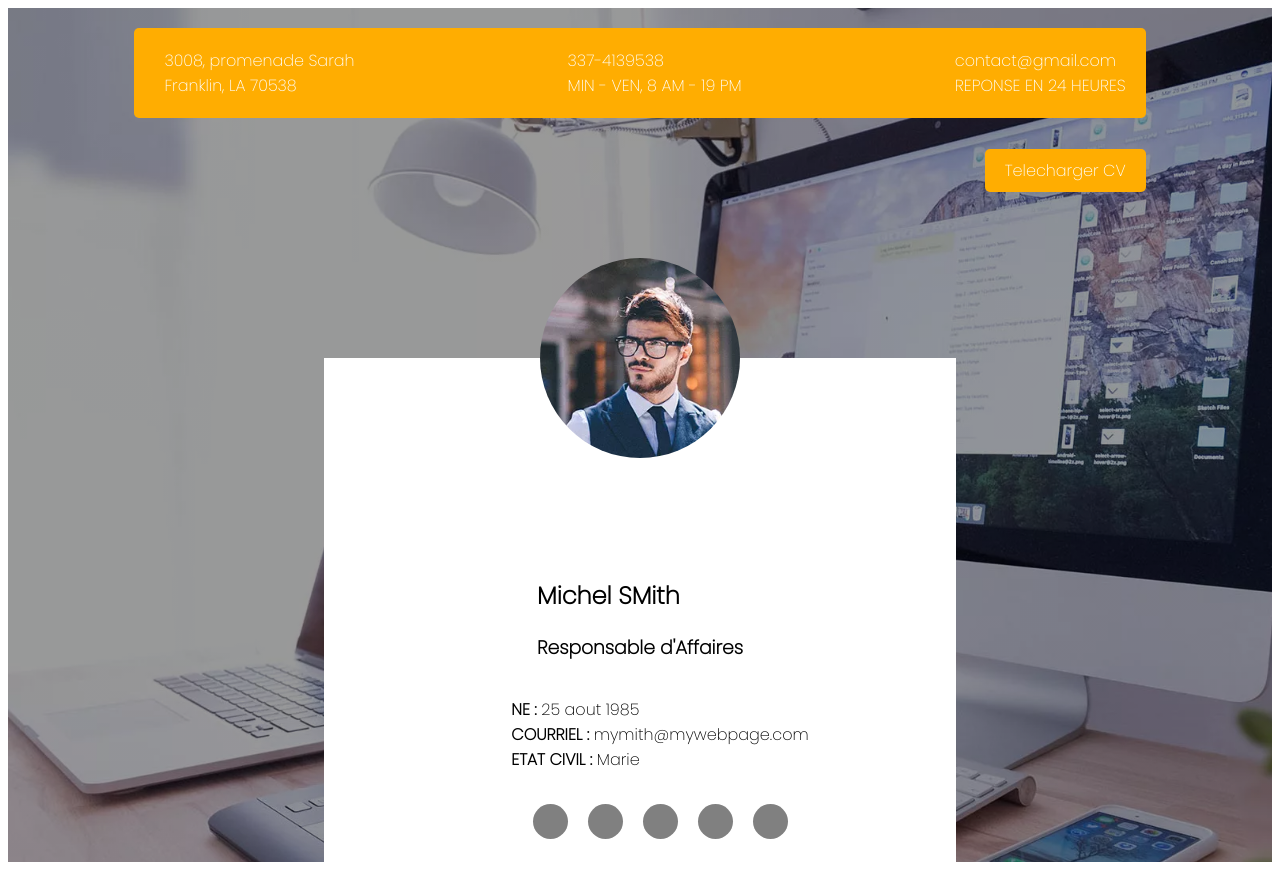
Repository: wadelfadill/CV_PORTFOLIO
Page: index.html
An editor plug-in stored every save of this project. The page is shown before and after the next save, followed by the edit.
The browser window is 1280 px wide. The pictures show the whole page.
Some icons come from a web library that is not loaded, so they are not drawn. Backgrounds fixed to the window are drawn as part of the page.

Above is the page before, as saved 2023-03-14 09:51:45.

### index.html
<!DOCTYPE html>
<html lang="en">
<head>
    <meta charset="UTF-8">
    <meta http-equiv="X-UA-Compatible" content="IE=edge">
    <meta name="viewport" content="width=device-width, initial-scale=1.0">
    <title>CV - Portfolio</title>
    <link rel="stylesheet" href="style.css">
    <link rel="stylesheet" href="path/to/font-awesome/css/font-awesome.min.css">
    <link href="/fontawesome/css/all.css" rel="stylesheet">
    <link href="/fontawesome/css/fontawesome.css" rel="stylesheet">
    <link href="/fontawesome/css/brands.css" rel="stylesheet">
    <link href="/fontawesome/css/solid.css" rel="stylesheet">
    <link rel="stylesheet" href="/fontawesome/css/regular.css">
    <link rel="preconnect" href="https://fonts.googleapis.com">
    <link rel="stylesheet" href="/fontawesome/css/all.min.css">
    <link rel='stylesheet' href='https://cdn-uicons.flaticon.com/uicons-brands/css/uicons-brands.css'>
    <link rel="stylesheet" href="https://cdn-uicons.flaticon.com/uicons-regular-straight/css/uicons-regular-straight.css">
<link rel="preconnect" href="https://fonts.gstatic.com" crossorigin>
<link href="https://fonts.googleapis.com/css2?family=Manrope&family=Montserrat&family=Poppins:wght@200&family=Roboto&display=swap" rel="stylesheet">
</head>
<body>
    <header>
        <div class="head">
            <div class="address">
                <div class="add-1">
                    <div class="add-icone"><i class="fi fi-rs-marker"></i></div>
                    <div class="add-text">3008, promenade Sarah <br> Franklin, LA 70538</div>
                </div>
                <div class="add-1">
                    <div class="add-icone"><i class="fi fi-rs-phone-call"></i></div>
                    <div class="add-text">337-4139538 <br> MIN - VEN, 8 AM - 19 PM</div>
                </div>
                <div class="add-1">
                    <div class="add-icone"><i class="fi fi-rs-messages"></i></div>
                    <div class="add-text">contact@gmail.com <br>REPONSE EN 24 HEURES</div>
                </div>
            </div>
            <div class="download">
                <a href="#" class="button">Telecharger CV</a>
            </div>
        </div>
        <div class="head_2">
           <div class="espace">

           </div>
           <div class="presentation">
            <img src="images/profile.jpg" alt="profile" class="profil">
            <div class="name">
                <h2>Michel SMith</h2>
                <h3>Responsable d'Affaires</h3>
            </div>
            <div class="rest">
                <ul>
                    <li><b>NE :</b> 25 aout 1985</li>
                    <li><b>COURRIEL :</b> mymith@mywebpage.com</li>
                    <li><b>ETAT CIVIL :</b> Marie</li>
                </ul>
            </div>
            <div class="social">
                <ul class="social-reseau">
                    <li><a href=""><i class="fi fi-brands-pinterest"></i></a></li>
                    <li><a href=""><i class="fi fi-brands-linkedin"></i></a></li>
                    <li><a href=""><i class="fi fi-brands-instagram"></i></a></li>
                    <li><a href=""><i class="fi fi-brands-facebook"></i></a></li>
                    <li><a href=""><i class="fi fi-brands-twitter"></i></a></li>
                </ul>
            </div>


           </div>
           <div class="espace">

           </div>
        </div>
    </header>
    <main>

    </main>
    <footer>

    </footer>
</body>
</html>

### style.css
body{
    color: white;
    font-family: 'Poppins';
}
header{
    margin: 0;
    width: 100%;
    height: auto;
    padding-top: 20px;
    background-image: linear-gradient(rgba(0, 0, 0, 0.4),
    rgba(0, 0, 0, 0.4)), url("images/background.jpg");
    background-size: cover;
    opacity: 1;
    background-attachment: fixed;
    z-index: 0;
    display: flex;
    justify-content: space-between;
    flex-direction: column;
    gap: 100px;
}
.address{
    background-color: #FFAD01;
    padding: 20px;
    display: flex;
    justify-content: space-between;
    border-radius: 5px;
    z-index: 100;


}
.add-1{
    display: flex;
    justify-content: space-between;
    align-items: center;
    gap: 10px;
}
.head{
    display: flex;
    flex-direction: column;
    justify-content: space-between;
    gap: 40px;
    padding-left: 10%;
    padding-right: 10%;


}
.download{
   align-self: flex-end;
   margin: 0;
   height: 100px;
}
.download a{
    margin: 0;
    padding-top: 10px;
    padding-bottom: 10px;
    padding-right: 20px;
    padding-left: 20px;
    background-color: #FFAD01;
    align-self: flex-end;
    color: white;
    text-decoration: none;
    border-radius: 5px;

}
.download:hover {
    transform: translate(0, -5px);
    transition: 0.3s;
}

.profil{
    border-radius: 100%;
    position: relative;
    top: -100px;
    width: 200px;
    height: 200px;
}
.add-icone i{
    font-size: 25px;
    font-weight: 500;
    font-style: normal;
}
.head_2{
    display: grid;
    grid-template-columns: 25% 50% 25%;

}
.presentation{
    background-color: white;
    display: flex;
    flex-direction: column;
    justify-content: flex-start;
    align-items: center;
    color: black;
}
.espace{
    background: none;
}
.social-reseau a{
    display: inline-block;
    color: white;
    height: 35px;
    width: 35px;
    border-radius: 20px;
    text-decoration: none;
    background-color: gray;
    line-height: 35px;

}
.social-reseau{
    display: flex;
    justify-content: space-between;
    gap: 20px;
}
li{
    list-style: none;
}

Loaded but not shown: fontawesome/css/all.css (library); fontawesome/css/fontawesome.css (library); fontawesome/css/solid.css (common file); fontawesome/css/regular.css (common file); fontawesome/css/all.min.css (library); fontawesome/css/brands.css (1522 lines, source omitted)

After the next save:
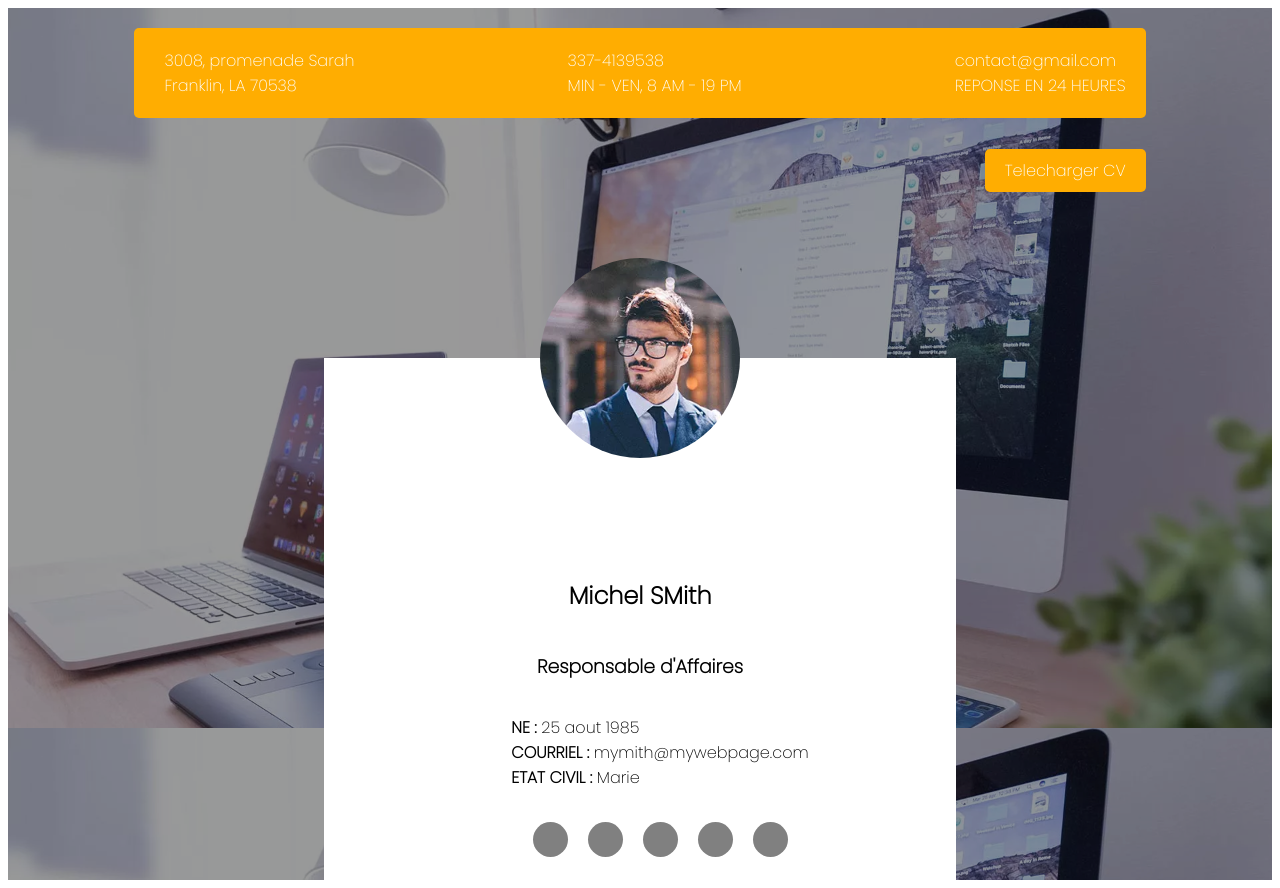
Saved 67 s later.
--- a/index.html
+++ b/index.html
@@ -46,10 +46,8 @@
            </div>
            <div class="presentation">
             <img src="images/profile.jpg" alt="profile" class="profil">
-            <div class="name">
                 <h2>Michel SMith</h2>
                 <h3>Responsable d'Affaires</h3>
-            </div>
             <div class="rest">
                 <ul>
                     <li><b>NE :</b> 25 aout 1985</li>
